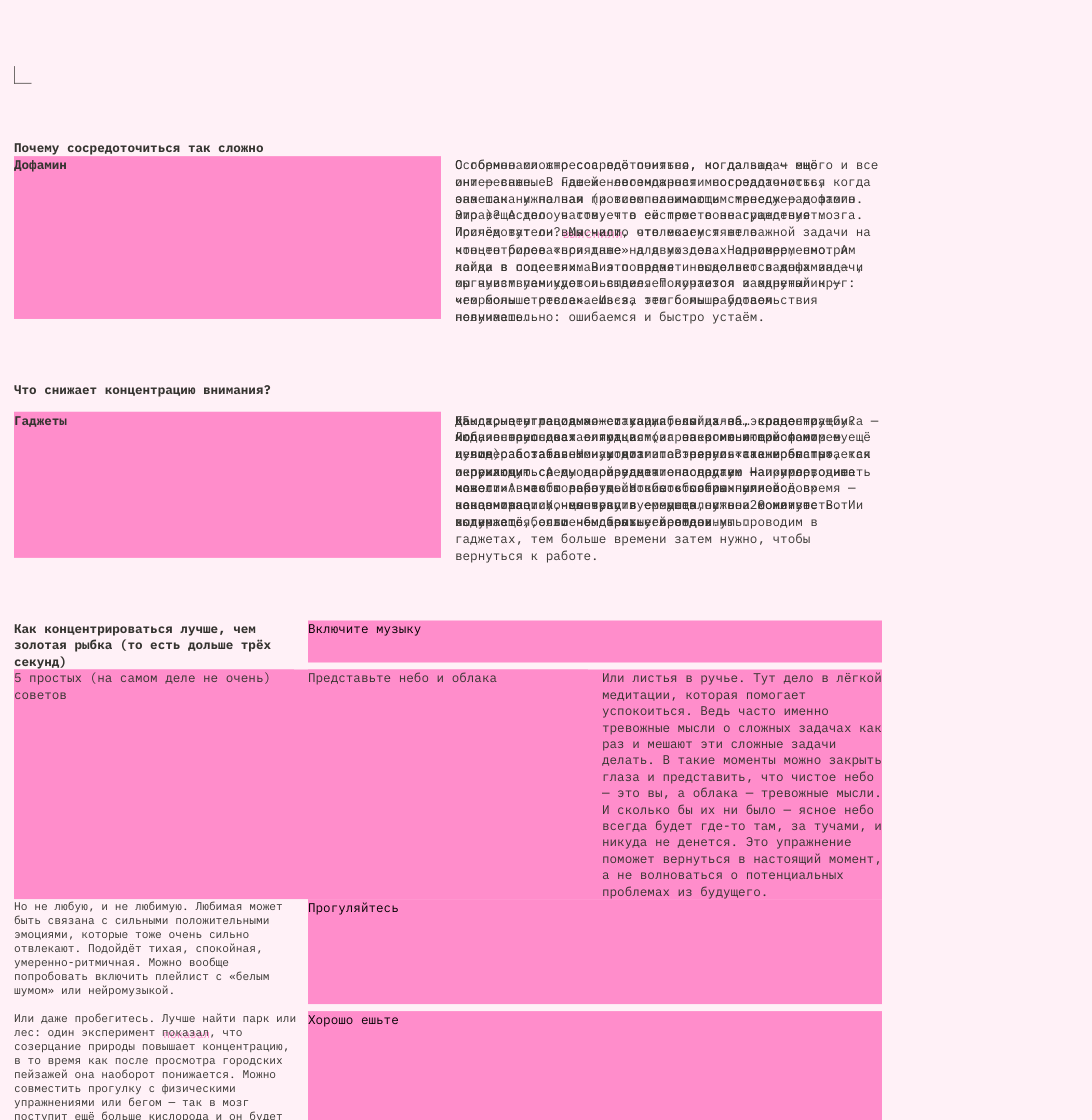
Repository: NikWolf75/slozhno-sosredotochitsya-fd
Page: index.html
These files come from the project's save history. The page is drawn as it stood at one moment and after the next save; the edit follows.
The browser window is 1280 px wide. The page is 1560 px wide, so the pictures cover 1560 px, including what lies to the right of the window. The pictures show the part of the page from y = 629 to 2229 px (the page is 7204 px tall before and 7181 px after), at 70% of full size.

Above is the page before, as saved 2025-02-27 23:28:55.

After the next save:
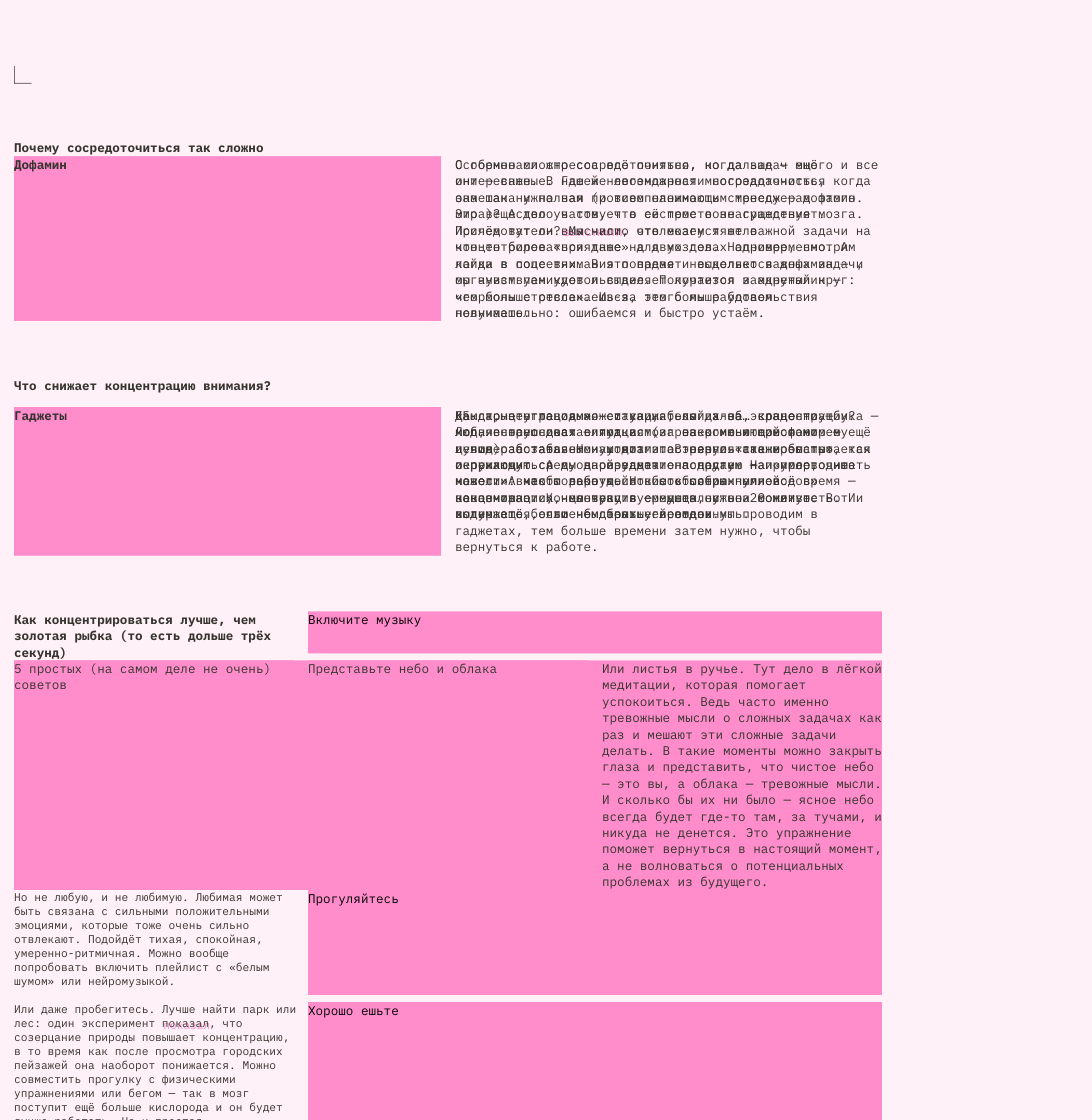
Saved 9 s later.
--- a/styles/style.css
+++ b/styles/style.css
@@ -346,7 +346,7 @@
   font-family: var(--main-font), monospace;
   font-size: 18px;
   font-weight: 700;
-  line-height: 24.2px;
+  line-height: 23.5px;
   color: var(--answer-short-text-color);
 }
 
@@ -364,7 +364,7 @@
   color: var(--answer-short-text-color);
   background-color: var(--accent-color);
   margin: 0;
-  margin-bottom: 10px;
+  margin-bottom: 0px;
   font-family: inherit;
   font-size: inherit;
   font-weight: inherit;
